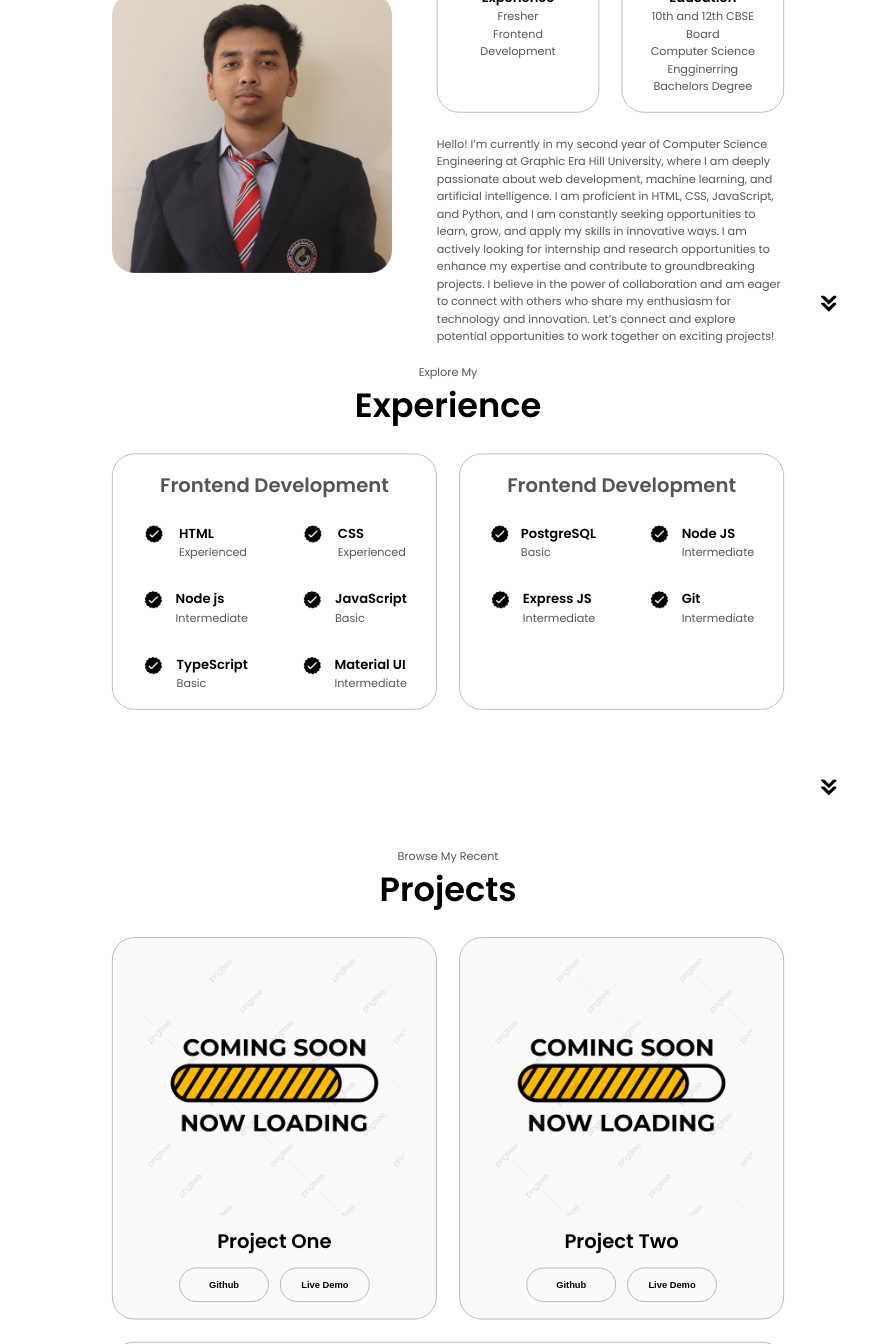
Repository: lastking001/html-css-js-portfolio
Page: index.html
An editor plug-in stored every save of this project. The page is shown before and after the next save, followed by the edit.
The browser window is 1280 px wide. The pictures show the part of the page from y = 1017 to 2937 px (the page is 4425 px tall), at 70% of full size.

Above is the page before, as saved 2024-07-21 15:58:29.

After the next save:
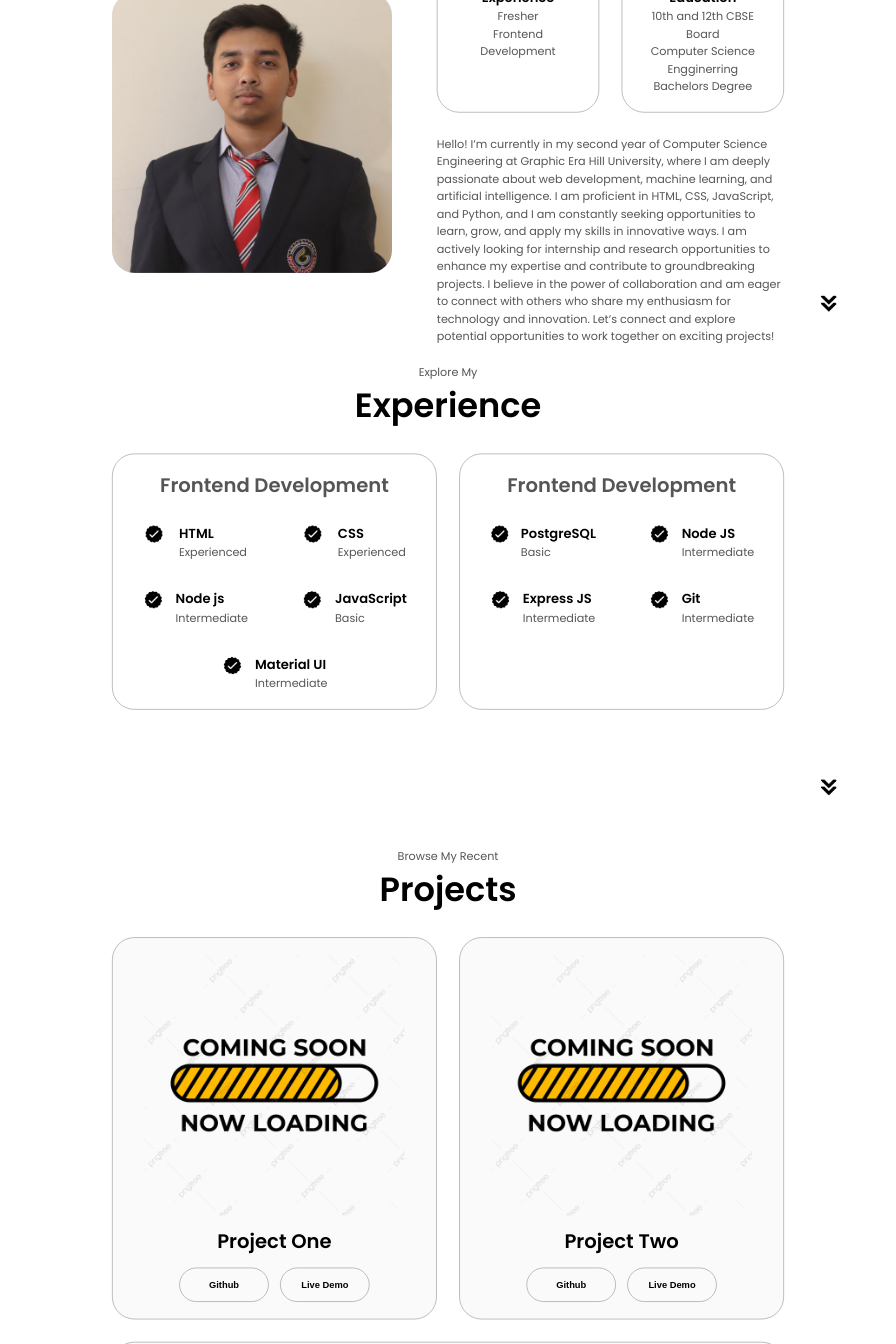
Saved 62 s later.
--- a/index.html
+++ b/index.html
@@ -175,16 +175,7 @@
                 </div>
               </article>
               <article>
-                <img
-                  src="./assets/checkmark.png"
-                  alt="Experience icon"
-                  class="icon"
-                />
-                <div>
-                  <h3>TypeScript</h3>
-                  <p>Basic</p>
-                </div>
-              </article>
+
               <article>
                 <img
                   src="./assets/checkmark.png"
